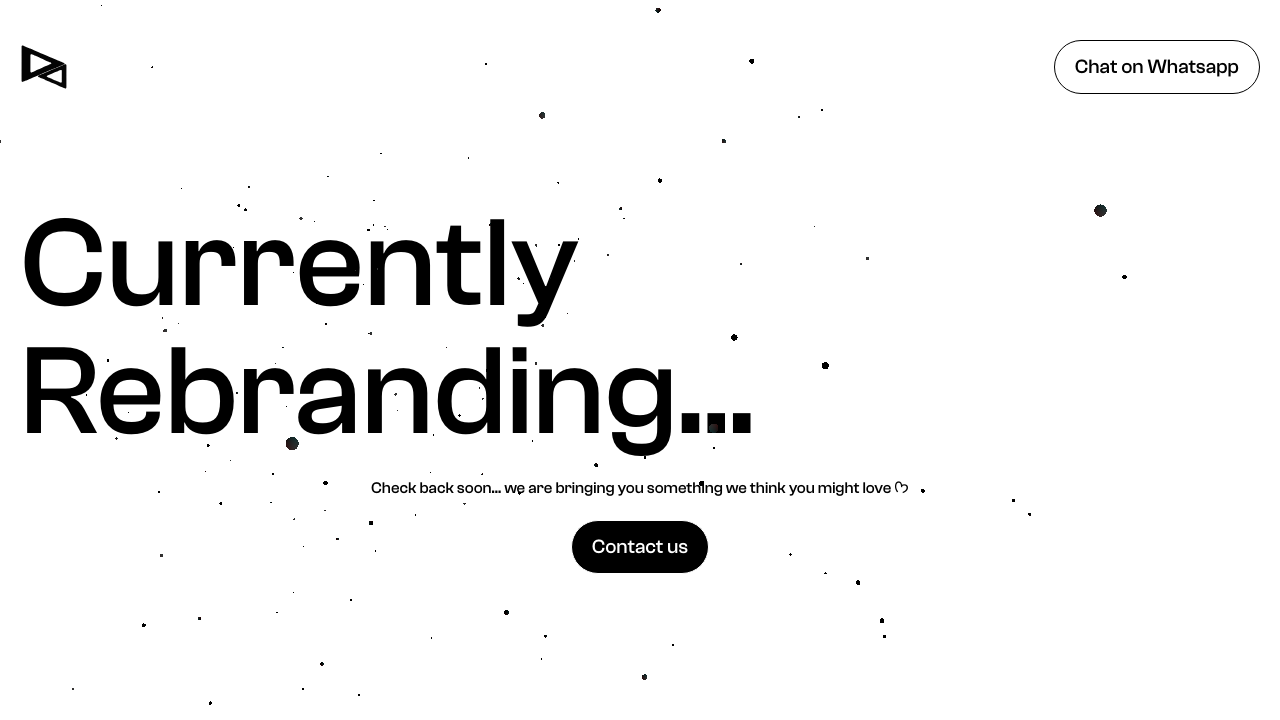
Repository: Cybugg/Nexxistudios-new
Page: /
These files come from the project's save history. The page is drawn as it stood at one moment and after a run of saves; the edit follows.
The browser window is 1280 px wide. The pictures show the whole page.
The project was rebuilt for these pictures with package versions that can differ from the ones it lists, and the page was loaded fresh each time. The framework's server and built-in components were replaced by stand-ins that run in the browser. Also part of the build but not shown: next.config.mjs.

Above is the page before, as saved 2025-09-06 16:31:59.

After the next 7 saves:
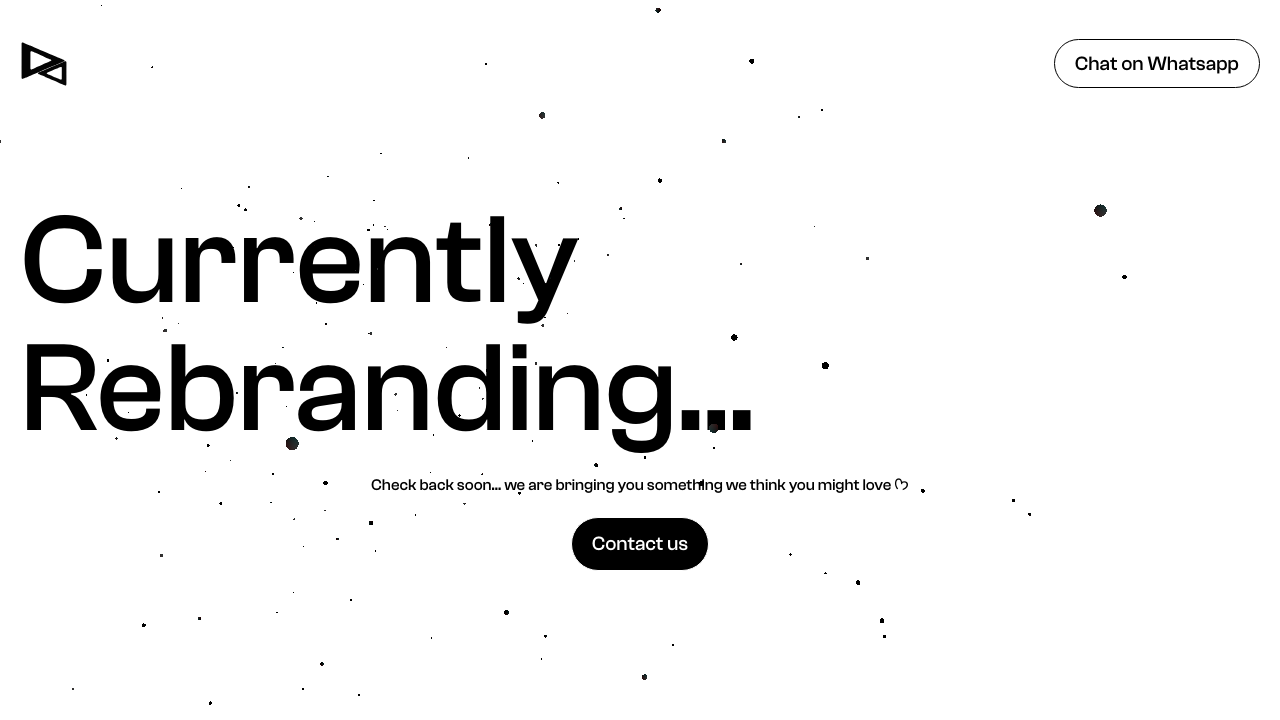
The 7 saves are shown as one change because they came seconds apart.
The last was saved 28 s later.
--- a/app/components/topNav.js
+++ b/app/components/topNav.js
@@ -1,6 +1,7 @@
 import Image from 'next/image';
 import React from 'react'
 import logo from "@/assets/images/logo-light.svg"
+import Link from 'next/link';
 
 function TopNav() {
   return (
@@ -10,9 +11,9 @@ function TopNav() {
       <Image src={logo} width={48} height={46} alt="nexxistudios's logo" />
     </div>
     <ul>
-      <li className="py-3 px-5 text-xl rounded-full border cursor-pointer">
+      <Link href="" className="py-3 px-5 text-xl rounded-full border cursor-pointer">
 Chat on Whatsapp
-      </li>
+      </Link>
     </ul>
   </div>
   )
